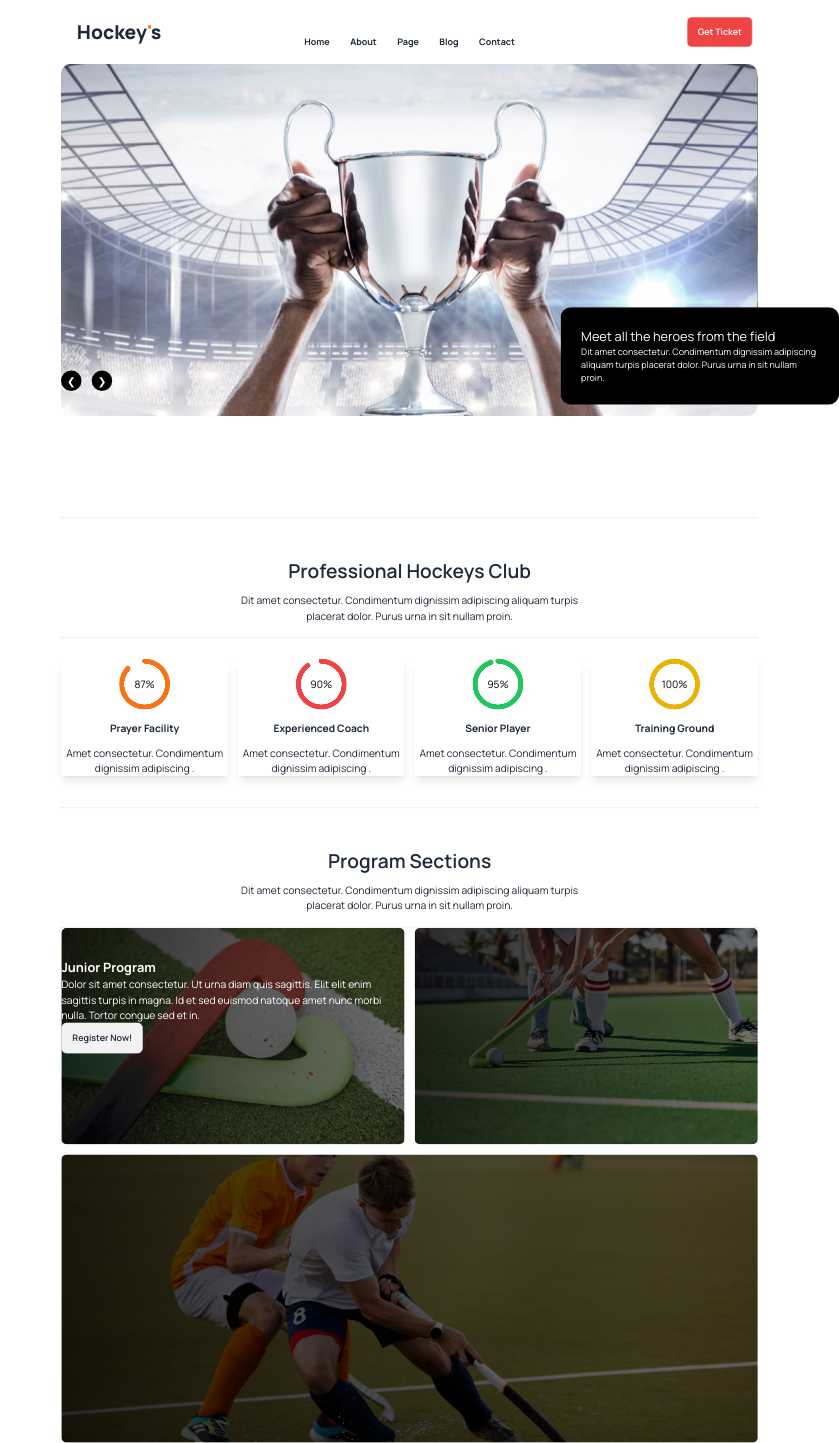
Repository: RudrasahaDibos/Hockey-
Page: index.html
The author's editor kept a copy of each file at every save. The page is drawn from the files as they stood at one save, then again after a run of saves.
The browser window is 1280 px wide. The page is 1311 px wide, so the pictures cover 1311 px, including what lies to the right of the window. The pictures show the whole page, at 64% of full size.
Some web libraries are served in a nearby version.

Above is the page before, as saved 2024-10-23 22:36:20.

### index.html
<!DOCTYPE html>
<html lang="en">
<head>
    <meta charset="UTF-8">
    <meta name="viewport" content="width=device-width, initial-scale=1.0">
    <title>Hockeys</title>
    <!-- Tailwinds css -->
    <link href="https://cdn.jsdelivr.net/npm/daisyui@4.12.13/dist/full.min.css" rel="stylesheet" type="text/css" />
    <script src="https://cdn.tailwindcss.com"></script>
    <!-- Font asome -->
    <link rel="stylesheet" href="https://cdnjs.cloudflare.com/ajax/libs/font-awesome/6.6.0/css/all.min.css" integrity="sha512-Kc323vGBEqzTmouAECnVceyQqyqdsSiqLQISBL29aUW4U/M7pSPA/gEUZQqv1cwx4OnYxTxve5UMg5GT6L4JJg==" crossorigin="anonymous" referrerpolicy="no-referrer" />
   <!-- tailwind custom css -->
   <script>
    tailwind.config = {
      theme: {
        extend: {
          colors: {
            clifford: '#da373d',
          }
        }
      }
    }
  </script>
  <!-- google Font  -->
  <link rel="preconnect" href="https://fonts.googleapis.com">
  <link rel="preconnect" href="https://fonts.gstatic.com" crossorigin>
  <link href="https://fonts.googleapis.com/css2?family=Manrope:wght@200..800&display=swap" rel="stylesheet">

  <style>
.manrope {
  font-family: "Manrope", serif;
}
  </style>

</head>
<body class="manrope">
    <!-- header section start here -->
       <header class="container mx-auto lg:px-24 px-8">
                 <!-- navber start here -->
                     <nav>
                        <div class="navbar bg-base-100">
                            <div class="navbar-start">
                              <div class="dropdown">
                                <div tabindex="0" role="button" class="  lg:hidden">
                                  <svg
                                    xmlns="http://www.w3.org/2000/svg"
                                    class="h-5 w-5"
                                    fill="none"
                                    viewBox="0 0 24 24"
                                    stroke="currentColor">
                                    <path
                                      stroke-linecap="round"
                                      stroke-linejoin="round"
                                      stroke-width="2"
                                      d="M4 6h16M4 12h8m-8 6h16" />
                                  </svg>
                                </div>
                                <ul
                                  tabindex="0"
                                  class="menu menu-sm dropdown-content bg-base-100 rounded-box z-[1] mt-3 w-52 p-2 shadow">

                                    <li><a>Home</a></li>
                                    <li><a>About</a></li>
                                    <li><a>Page</a></li>
                                    <li><a>Blog</a></li>
                                    <li><a>Contact</a></li>

                                </ul>
                              </div>

                              <a class=" ml-4  text-2xl lg:text-3xl font-extrabold ">Hockey<span class="text-orange-500">'</span>s</a>

                            </div>
                            <div class="navbar-center hidden lg:flex">
                              <ul class="menu menu-horizontal px-1 mt-8">
                                <li class="hover:text-orange-500 font-bold"><a>Home</a></li>
                                <li  class="hover:text-orange-500 font-bold"><a>About</a></li>
                                <li  class="hover:text-orange-500 font-bold"><a>Page</a></li>
                                <li  class="hover:text-orange-500 font-bold"><a>Blog</a></li>
                                <li  class="hover:text-orange-500 font-bold"><a>Contact</a></li>
                              </ul>
                            </div>
                            <div class="navbar-end  lg:ml-0 ml-20">

                              <a class="btn bg-red-500 text-white  ">Get Ticket</a>
                            </div>
                          </div>
                     </nav>
                 <!-- navber end here -->

                  <!-- banner start here -->
                     <div>
                      <div class="carousel w-full">
                        <div id="slide1" class="carousel-item relative w-full ">
                          <img
                            src="Images/1.png"
                            class="w-full lg:h-[550px] " />
                          <div class="absolute lg:left-0 lg:right-0 lg:top-[90%] left-[90px] top-[80%] flex -translate-y-1/2 transform gap-4">
                            <div class=" h-8 w-8 rounded-full bg-black text-white flex justify-center items-center ">
                              <a href="#slide4" class="lg:btn lg:btn-circle">❮</a>
                            </div>
                            <div class="h-8 w-8 rounded-full bg-black text-white flex justify-center items-center">
                              <a href="#slide2" class="lg:btn lg:btn-circle ">❯</a>
                            </div>
                          </div>
                        </div>
                        <div id="slide2" class="carousel-item relative w-full">
                          <img
                            src="Images/2.png"
                            class="w-full lg:h-[550px]" />
                            <div class="absolute lg:left-0 lg:right-0 lg:top-[90%] left-[90px] top-[80%] flex -translate-y-1/2 transform gap-4">
                              <div class=" h-8 w-8 rounded-full bg-black text-white flex justify-center items-center ">
                                <a href="#slide1" class="lg:btn lg:btn-circle">❮</a>
                              </div>
                              <div class="h-8 w-8 rounded-full bg-black text-white flex justify-center items-center">
                                <a href="#slide3" class="lg:btn lg:btn-circle ">❯</a>
                              </div>
                            </div>
                        </div>
                        <div id="slide3" class="carousel-item relative w-full">
                          <img
                            src="Images/3.png"
                            class="w-full lg:h-[550px]" />
                            <div class="absolute lg:left-0 lg:right-0 lg:top-[90%] left-[90px] top-[80%] flex -translate-y-1/2 transform gap-4">
                              <div class=" h-8 w-8 rounded-full bg-black text-white flex justify-center items-center ">
                                <a href="#slide2" class="lg:btn lg:btn-circle">❮</a>
                              </div>
                              <div class="h-8 w-8 rounded-full bg-black text-white flex justify-center items-center">
                                <a href="#slide4" class="lg:btn lg:btn-circle ">❯</a>
                              </div>
                            </div>
                        </div>
                        <div id="slide4" class="carousel-item relative w-full">
                          <img
                            src="Images/4.png"
                            class="w-full lg:h-[550px]" />
                            <div class="absolute lg:left-0 lg:right-0 lg:top-[90%] left-[90px] top-[80%] flex -translate-y-1/2 transform gap-4">
                              <div class=" h-8 w-8 rounded-full bg-black text-white flex justify-center items-center ">
                                <a href="#slide3" class="lg:btn lg:btn-circle">❮</a>
                              </div>
                              <div class="h-8 w-8 rounded-full bg-black text-white flex justify-center items-center">
                                <a href="#slide1" class="lg:btn lg:btn-circle ">❯</a>
                              </div>
                            </div>
                        </div>
                      </div>

                        <!-- meet all hero  -->
                        <div class=" card bg-black  p-2 lg:p-8  lg:w-2/5 lg:-translate-y-44 lg:left-[780px]">
                          <div class="">
                            <h2 class="lg:text-xl bold text-white">Meet all the heroes from the field</h2>
                            <p class="text-sm text-white">Dit amet consectetur. Condimentum dignissim adipiscing aliquam   turpis placerat dolor. Purus urna in sit nullam proin. </p>

                          </div>
                        </div>
                      <!-- meet hero ebds -->


                     </div>


                   <!-- banner end here -->
       </header>
       <!-- Header section End here -->

       <!-- Main secetion start here  -->
        <main>
                      <!-- Professional Hockeys Club start here -->
                         <section class=" container mx-auto lg:px-24 px-8 lg:mt-0  mt-5  ">
                                 <div class="text-center space-y-4 border-dotted border-t-2 border-b-2  border-separate h-[189px] lg:pt-16">
                                     <h1 class=" text-xl lg:text-3xl font-semibold">Professional Hockeys Club</h1>
                                     <p class="lg:w-[50%] lg:mx-auto">Dit amet consectetur. Condimentum dignissim adipiscing aliquam turpis placerat dolor. Purus urna in sit nullam proin. </p>
                                 </div>
                                  <div class="mt-8">
                                        <div class="grid grid-cols-1 md:gird-cols-2 lg:grid-cols-4 gap-4 ">
                                                <div class=" h-50 shadow-lg space-y-4 flex flex-col justify-center items-center">
                                                  <div class="radial-progress text-orange-500  " style="--value:87;" role="progressbar"><span class="text-black"> 87%</span></div>
                                                    <h3 class="font-bold">Prayer Facility</h3>
                                                    <p class="text-center">Amet consectetur. Condimentum dignissim adipiscing .</p>
                                                </div>
                                                <div class=" h-50 shadow-lg space-y-4 flex flex-col justify-center items-center">
                                                  <div class="radial-progress text-red-500  " style="--value:90;" role="progressbar"><span class="text-black"> 90%</span></div>
                                                    <h3 class="font-bold">Experienced Coach</h3>
                                                    <p class="text-center">Amet consectetur. Condimentum dignissim adipiscing .</p>
                                                </div>
                                                <div class=" h-50  shadow-lg space-y-4 flex flex-col justify-center items-center">
                                                  <div class="radial-progress text-green-500  " style="--value:95;" role="progressbar"><span class="text-black"> 95%</span></div>
                                                    <h3 class="font-bold">Senior Player</h3>
                                                    <p class="text-center">Amet consectetur. Condimentum dignissim adipiscing .</p>
                                                </div>
                                                <div class=" h-50 shadow-lg space-y-4 flex flex-col justify-center items-center">
                                                  <div class="radial-progress text-yellow-500  " style="--value:100;" role="progressbar"><span class="text-black"> 100%</span></div>
                                                    <h3 class="font-bold">Training Ground</h3>
                                                    <p class="text-center">Amet consectetur. Condimentum dignissim adipiscing .</p>
                                                </div>
                                        </div>
                                  </div>

                         </section>
                       <!-- Professional Hockeys Club end here -->


                       <!-- Program Sections start here -->
                            <section class="container mx-auto lg:px-24 px-8 mt-12 ">
                              <div class="text-center space-y-4 border-dotted border-t-2 border-b-2  border-separate h-[189px] lg:pt-16">
                                <h1 class=" text-xl lg:text-3xl font-semibold">Program Sections</h1>
                                <p class="lg:w-[50%] lg:mx-auto">Dit amet consectetur. Condimentum dignissim adipiscing aliquam turpis placerat dolor. Purus urna in sit nullam proin. </p>
                            </div>
                               <div>
                                <div class="grid  grid-cols-1 lg:grid-cols-2 gap-4">

                                  <div class=" relative bg-no-repeat rounded-lg  bg-center bg-cover  w-full bg-[linear-gradient(90deg,rgb(0,0,0,0.8),rgb(0,0,0,0.5)),url(./images/2.png)] h-[338px]">

                                   <div class="text-start pt-12">
                                    <h2 class="text-white text-xl font-bold">Junior Program</h2>
                                    <p class="text-white">Dolor sit amet consectetur. Ut urna diam quis sagittis. Elit elit
                                      enim sagittis turpis in magna. Id et sed euismod natoque amet nunc morbi nulla. Tortor congue sed et in.</p>
                                     <button class="btn ">Register Now!</button>
                                   </div>
                                 </div>

                                  <div class="relative  bg-no-repeat rounded-lg  bg-center bg-cover  w-full bg-[linear-gradient(90deg,rgb(0,0,0,0.8),rgb(0,0,0,0.5)),url(./images/3.png)]  h-[338px]">

                                  </div>
                                  <div class=" lg:col-span-2 relative  rounded-lg  bg-center bg-cover w-full bg-[linear-gradient(90deg,rgb(0,0,0,0.8),rgb(0,0,0,0.5)),url(./images/4.png)] h-[450px]">

                                  </div>
                                </div>
                               </div>
                            </section>

                       <!-- Program Sections end here -->
        </main>
        <!-- main section end here -->

</body>
</html>

After the next 3 saves:
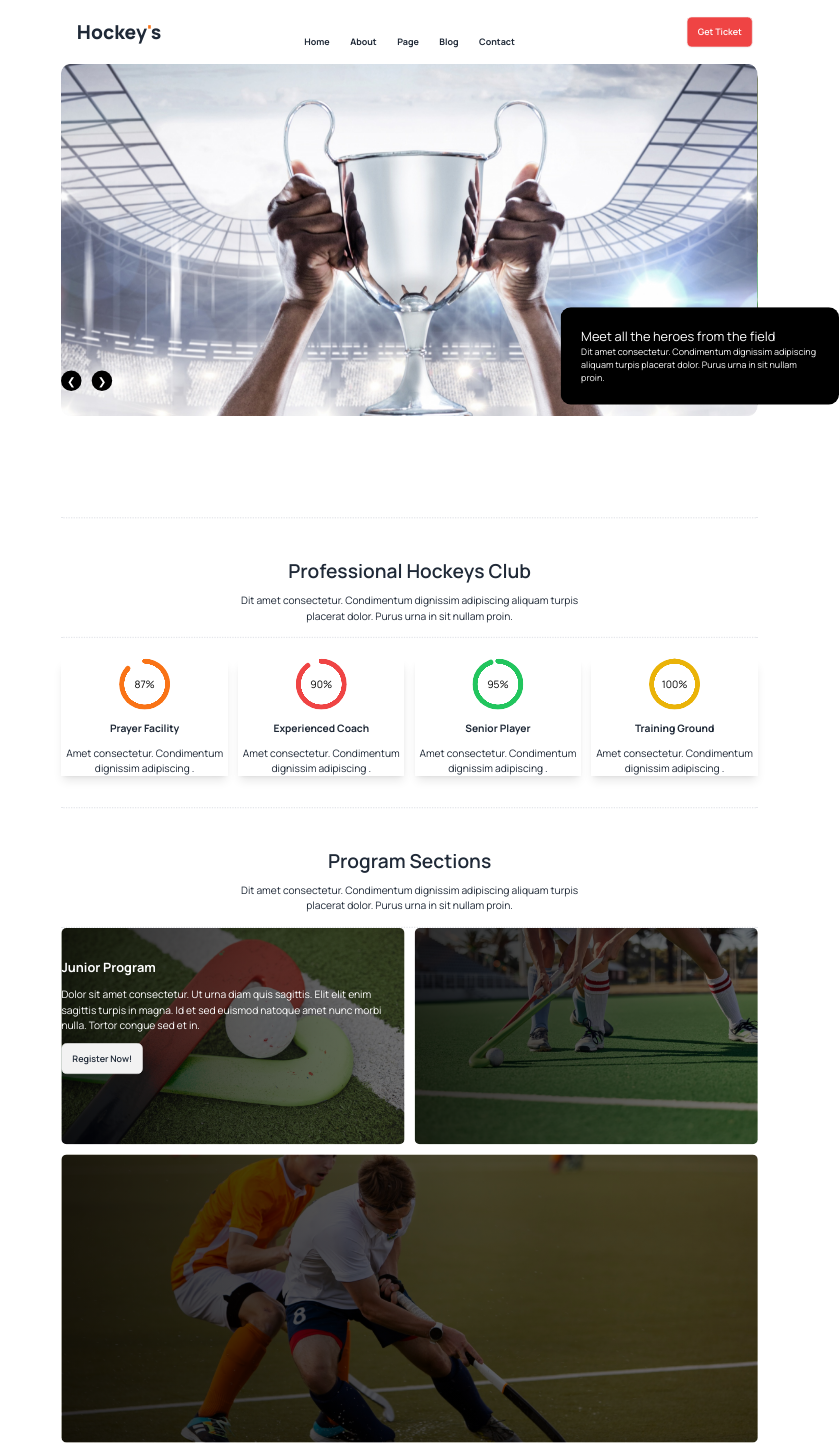
The 3 saves are shown as one change because they came seconds apart.
The last was saved 11 s later.
--- a/index.html
+++ b/index.html
@@ -211,7 +211,7 @@
 
                                   <div class=" relative bg-no-repeat rounded-lg  bg-center bg-cover  w-full bg-[linear-gradient(90deg,rgb(0,0,0,0.8),rgb(0,0,0,0.5)),url(./images/2.png)] h-[338px]">
 
-                                   <div class="text-start pt-12">
+                                   <div class="text-start pt-12 space-y-4">
                                     <h2 class="text-white text-xl font-bold">Junior Program</h2>
                                     <p class="text-white">Dolor sit amet consectetur. Ut urna diam quis sagittis. Elit elit
                                       enim sagittis turpis in magna. Id et sed euismod natoque amet nunc morbi nulla. Tortor congue sed et in.</p>
